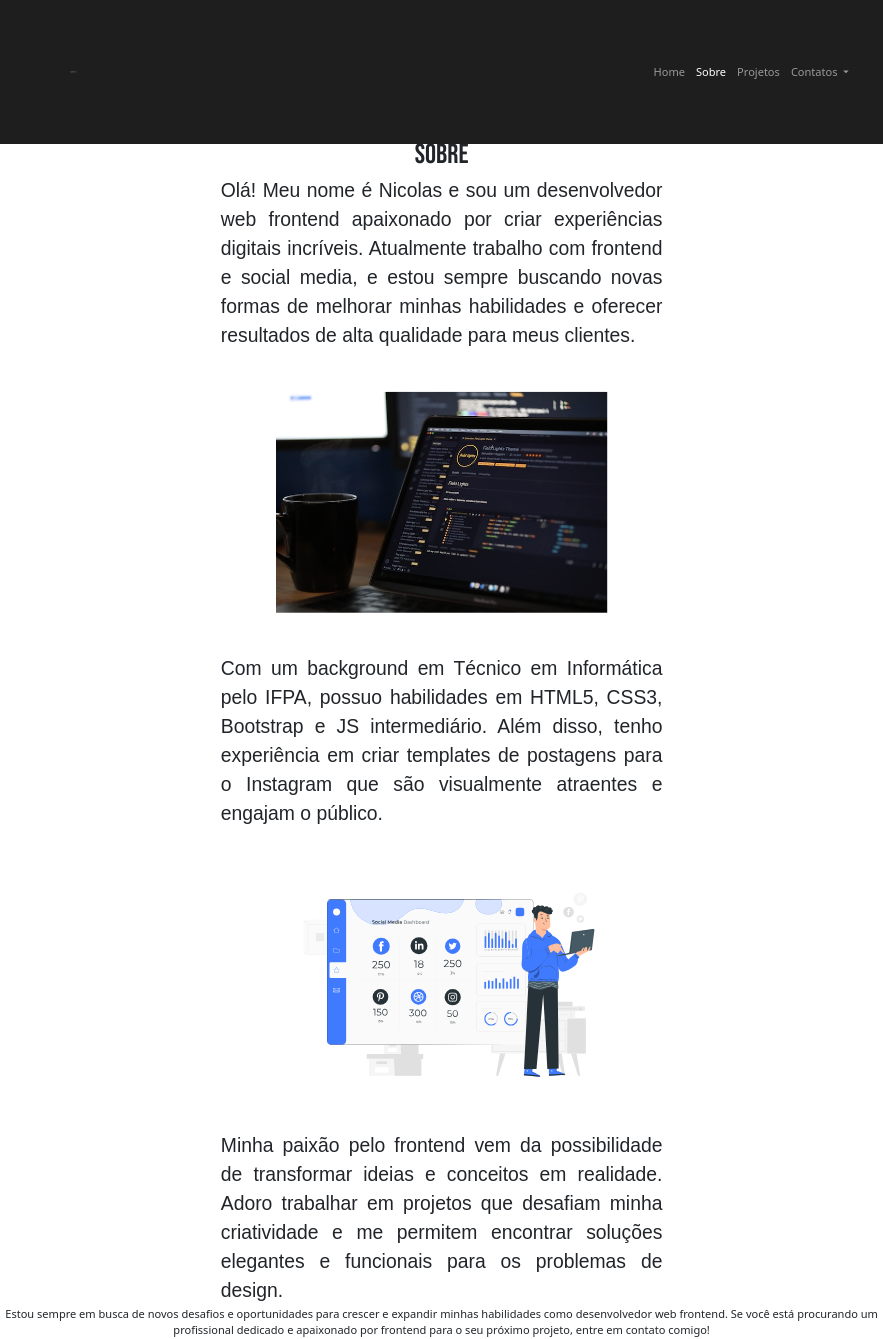
Repository: Leonngc/nicdev
Page: about.html
An editor plug-in stored every save of this project. The page is shown before and after the next save, followed by the edit.
The browser window is 1280 px wide. The pictures show the whole page, at 69% of full size.

Above is the page before, as saved 2023-04-15 17:46:56.

### about.html
<html lang="pt-br">
<head>
    <meta charset="UTF-8">
    <meta http-equiv="X-UA-Compatible" content="IE=edge">
    <meta name="viewport" content="width=device-width, initial-scale=1.0">
    <title>nicdev - Sobre</title>
    <link href="https://cdn.jsdelivr.net/npm/bootstrap@5.0.2/dist/css/bootstrap.min.css" rel="stylesheet" integrity="sha384-EVSTQN3/azprG1Anm3QDgpJLIm9Nao0Yz1ztcQTwFspd3yD65VohhpuuCOmLASjC" crossorigin="anonymous">
    <link rel="stylesheet" href="styles/scrollbar.css">
    <link rel="stylesheet" href="styles/about.css">
</head>
<body>

<header style="background-color: #1e1e1e; padding: 30px;" class="fixed-top">

        <nav class="navbar navbar-expand-lg navbar-dark">
            <div class="container-fluid">
              <a class="navbar-brand" href="index.html"><img src="images/nicdev-logo.png" alt="logo da NicDev" style="width: 130px"></a>
              <button class="navbar-toggler" type="button" data-bs-toggle="collapse" data-bs-target="#navbarNavDropdown" aria-controls="navbarNavDropdown" aria-expanded="false" aria-label="Toggle navigation">
                <span class="navbar-toggler-icon"></span>
              </button>
              <div class="collapse navbar-collapse justify-content-end" id="navbarNavDropdown">
                <ul class="navbar-nav ">
                  <li class="nav-item">
                    <a class="nav-link" href="index.html" target="_parent">Home</a>
                  </li>
                  <li class="nav-item">
                    <a class="nav-link active disabled" href="#">Sobre</a>
                  </li>
                  <li class="nav-item">
                    <a class="nav-link" href="projects.html" target="_parent">Projetos</a>
                  </li>

                  <li class="nav-item dropdown">
                    <a class="nav-link dropdown-toggle" href="#" id="navbarDropdownMenuLink" role="button" data-bs-toggle="dropdown" aria-expanded="false">
                      Contatos
                    </a>
                    <ul class="dropdown-menu" aria-labelledby="navbarDropdownMenuLink">
                      <li><a class="dropdown-item" href="#">WhatsApp <img src="images/whatsapp.png" alt="" class="redes-logo"></a></li>
                      <li><a class="dropdown-item" href="#">Email <img src="images/gmail (1).png" alt="" class="redes-logo"></a></li>
                      <li><a class="dropdown-item" href="#">Linkedin <img src="images/linkedin.png" alt="" class="redes-logo"></a></li>
                    </ul>
                  </li>
                </ul>
              </div>
            </div>
          </nav>
</header>


<main>

<h2>Sobre</h2>
<p>Olá! Meu nome é Nicolas e sou um desenvolvedor web frontend apaixonado por criar experiências digitais incríveis. Atualmente trabalho com frontend e social media, e estou sempre buscando novas formas de melhorar minhas habilidades e oferecer resultados de alta qualidade para meus clientes.</p>
<img src="images/desktopcode.jpg" alt="" class="main-img">

<p>Com um background em Técnico em Informática pelo IFPA, possuo habilidades em HTML5, CSS3, Bootstrap e JS intermediário. Além disso, tenho experiência em criar templates de postagens para o Instagram que são visualmente atraentes e engajam o público.</p>
<img src="images/Social Dashboard-pana.svg" alt="" class="main-img">
<p>Minha paixão pelo frontend vem da possibilidade de transformar ideias e conceitos em realidade. Adoro trabalhar em projetos que desafiam minha criatividade e me permitem encontrar soluções elegantes e funcionais para os problemas de design.</p>

Estou sempre em busca de novos desafios e oportunidades para crescer e expandir minhas habilidades como desenvolvedor web frontend. Se você está procurando um profissional dedicado e apaixonado por frontend para o seu próximo projeto, entre em contato comigo!
</main>

    <script src="https://cdn.jsdelivr.net/npm/bootstrap@5.0.2/dist/js/bootstrap.bundle.min.js" integrity="sha384-MrcW6ZMFYlzcLA8Nl+NtUVF0sA7MsXsP1UyJoMp4YLEuNSfAP+JcXn/tWtIaxVXM" crossorigin="anonymous"></script>
</body>
</html>

### styles/scrollbar.css
body{
    overflow-x: hidden;
}
body::-webkit-scrollbar {
    width: 6px;               /* width of the entire scrollbar */
  }

  body::-webkit-scrollbar-track {
    background: rgb(5, 5, 5);        /* color of the tracking area */
  }

  body::-webkit-scrollbar-thumb {
    background-color: #4BC6B9;    /* color of the scroll thumb */
    border-radius: 20px;       /* roundness of the scroll thumb */
  }

  .redes-logo{
    width: 30px;
    padding: 6px;
  }

### styles/about.css
@import url('https://fonts.googleapis.com/css2?family=Bebas+Neue&display=swap'); /* CDN GOOGLE  FONT */
@import url('https://cdn-uicons.flaticon.com/uicons-solid-straight/css/uicons-solid-straight.css'); /* CDN ICON*/
@font-face {
    font-family: Lastica;
    src: url(../fonts/instrg.ttf)
}

*{
    max-width: 100vw;
}

:root{
 --bebas-neue : 'Bebas Neue', cursive;
}

main{
    margin-top: 200px;
}

body{
    max-width: 100vw;
    overflow-x: hidden;
}

main{
    text-align: center;
    margin-top: 200px;
}

h2{
    font-family: var(--bebas-neue), sans-serif;
    font-size: 40px;

}

p{
    width: 50vw;
    font-size: 28px;
    margin: auto;
    font-family: sans-serif;
    text-align: justify;
}

img{
    padding: 60px;
    width: 600px;
}

After the next save:
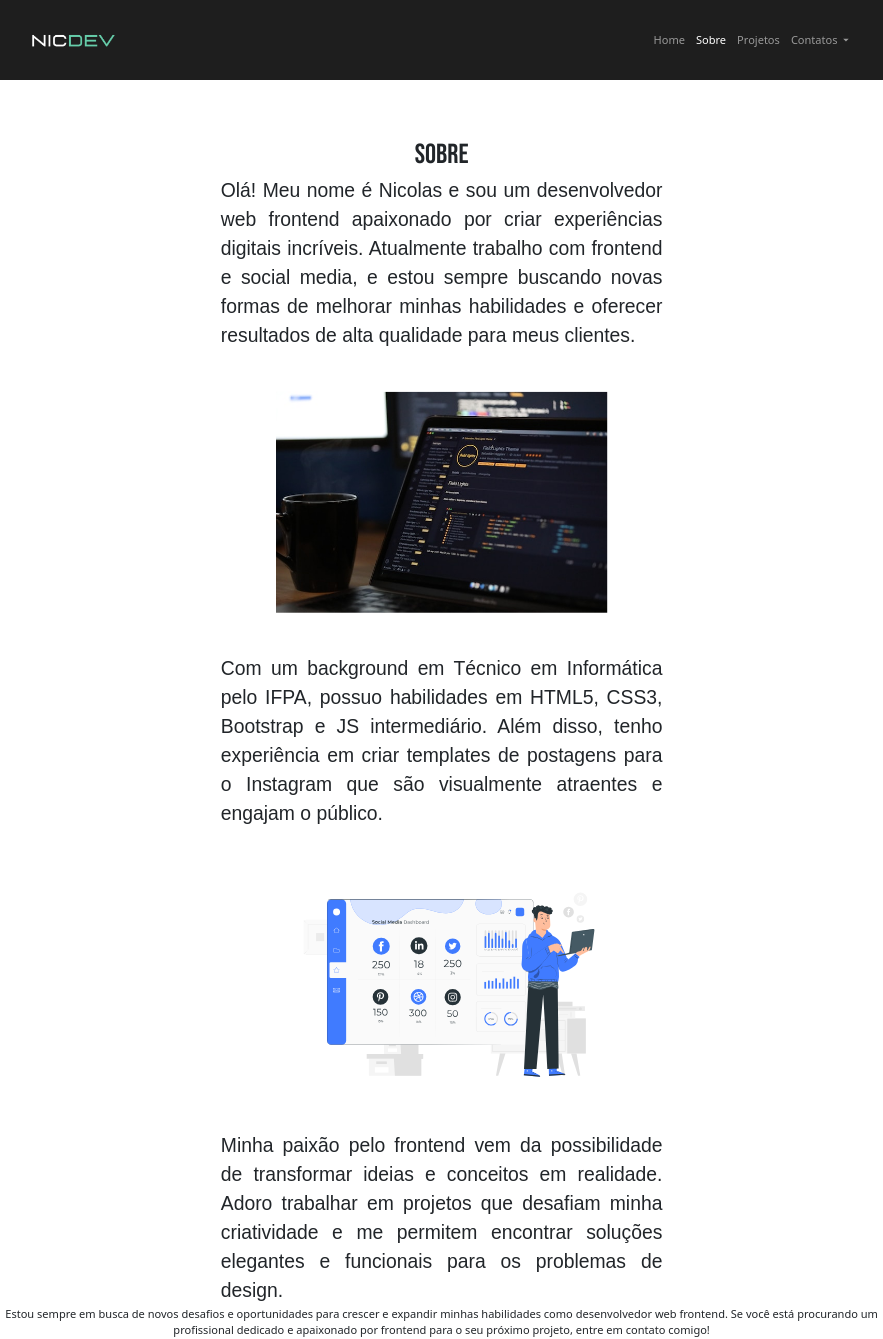
Saved 6 s later.
--- a/styles/about.css
+++ b/styles/about.css
@@ -41,7 +41,7 @@ p{
     text-align: justify;
 }
 
-img{
+.main-img{
     padding: 60px;
     width: 600px;
 }
